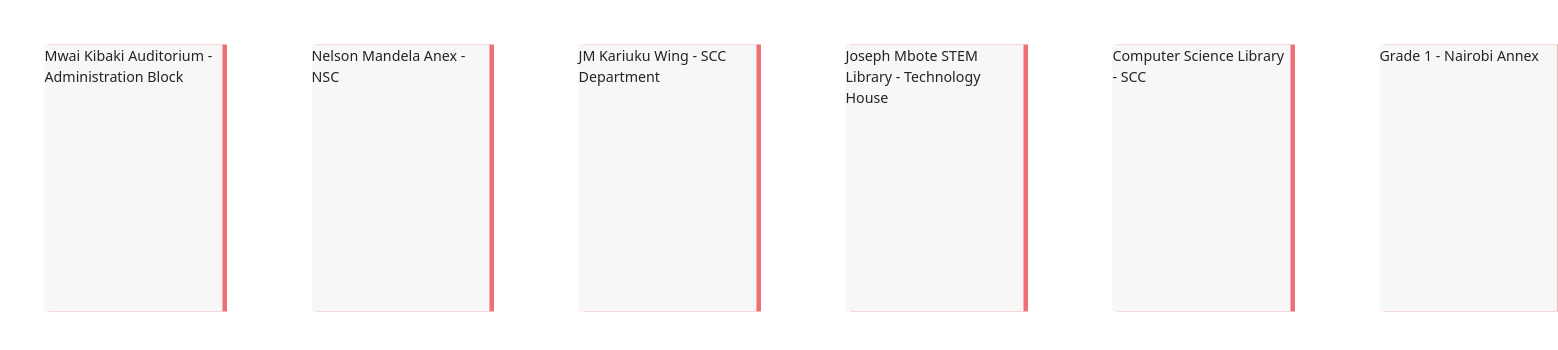
Repository: Mbote-Joseph/Library-Shelves-Books-Managements
Page: http://localhost/
An editor plug-in stored every save of this project. The page is shown before and after the next save, followed by the edit.
The browser window is 1280 px wide. The page is 1750 px wide, so the pictures cover 1750 px, including what lies to the right of the window. The pictures show the whole page, at 89% of full size.
The page is served by the project's application, run on Django 5.2 (manage.py). The page reads the database file committed with the project.

Above is the page before, as saved 2025-12-30 17:58:21.

After the next save:
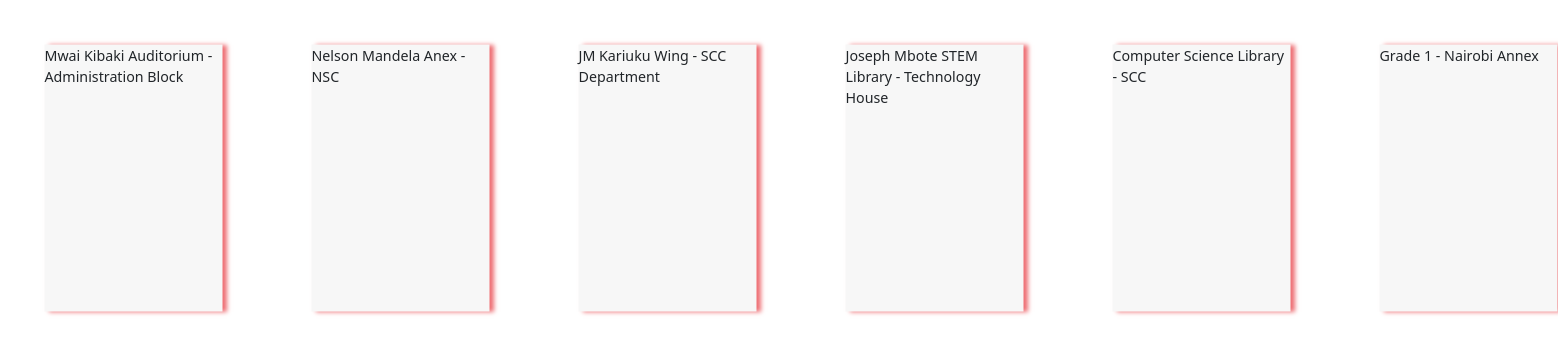
Saved 15 s later.
--- a/static/css/styles.css
+++ b/static/css/styles.css
@@ -20,7 +20,7 @@
     min-height: 300px;
     max-height: 400px;
     background-color: #f7f7f7;
-    box-shadow: 5px 0 #ee6e73;
+    box-shadow: 5px 0 5px 0 #ee6e73;
     border: none;
     margin: 50px;
 }
